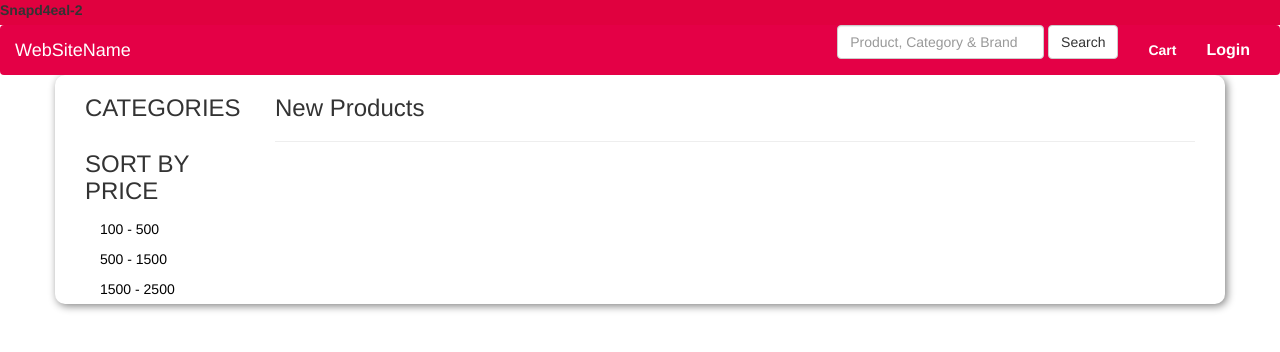
Repository: Aryans26/project
Page: http://localhost/frontend/WEB-INF/views/index.jsp
An editor plug-in stored every save of this project. The page is shown before and after the next save, followed by the edit.
The browser window is 1280 px wide. The pictures show the whole page.
Some web libraries are served in a nearby version. The page is served by Tomcat 9. Nobody is signed in. Other server files are loaded and not shown. The template is opened directly, without the code that normally fills it, so the values that code supplies are empty.

Above is the page before, as saved 2017-06-20 11:01:06.

### frontend/src/main/webapp/WEB-INF/views/index.jsp
<%@ taglib prefix="c" uri="http://www.springframework.org/tags"%>
<%@ taglib prefix="form" uri="http://www.springframework.org/tags/form"%>
<!doctype html>
<html>
<head>
<c:url value="/resource" var="res" />

<!-- <link rel="stylesheet" ref="https://maxcdn.bootstrapcdn.com/bootstrap/3.3.7/css/bootstrap.min.css"> -->
<script
	src="https://ajax.googleapis.com/ajax/libs/jquery/3.2.1/jquery.min.js"></script>
<script
	src="https://maxcdn.bootstrapcdn.com/bootstrap/3.3.7/js/bootstrap.min.js"></script>
<link rel="stylesheet" href="${res}/css/bootstrap.min.css" />
<link rel="stylesheet" href="${res}/css/style.css" />

</head>
<body>

	<%@include file="navbar.jsp"%>
	<%@include file="allproducts.jsp"%>
</body>
</html>

### frontend/src/main/webapp/WEB-INF/views/navbar.jsp
<%@ taglib prefix="c" uri="http://www.springframework.org/tags"%>
<%@ taglib prefix="form" uri="http://www.springframework.org/tags/form"%>
<%@ taglib prefix="security" uri="http://www.springframework.org/security/tags" %>
<%@ taglib prefix="c1" uri="http://java.sun.com/jsp/jstl/core"%>
<!DOCTYPE html >
<html>
<head>
<meta http-equiv="Content-Type" content="text/html; charset=ISO-8859-1">
<title>Insert title here</title>
</head>
<body>
	<div class="headder">
		<b>Snapd4eal-2</b>
	</div>

	<nav class="navbar navbar-default" style="color: white;">
		<div class="container-fluid">
			<div class="navbar-header">
				<button type="button" class="navbar-toggle" data-toggle="collapse" data-target="#myNavbar">
					<span class="icon-bar"></span> <span class="icon-bar"></span>
					<span class="icon-bar"></span>
				</button>
				<a class="navbar-brand" href="<c:url value="/"/>"
					style="color: white;">WebSiteName</a>
				<form class="navbar-form navbar-right visible-sm visible-xs">
					<div class="form-group">
						<input type="text" class="form-control"
							placeholder="Product, Category & Brand">
					</div>
					<button type="submit" class="btn btn-default">
						<i class="fa fa-search"></i>Search
					</button>

				</form>
			</div>
			<div class="collapse navbar-collapse" id="myNavbar">
			<c1:if test="${pageContext.request.userPrincipal.name!=null}">
			<security:authorize access="hasRole('ROLE_ADMIN')">
				<ul class="nav navbar-nav">
					<li style="color: white;"><a
						href="<c:url value="/category"/>">Add Category</a></li>
					<li style="color: white;"><a
						href="<c:url value="/addproduct"/>">Add Product</a></li>
					<li style="color: white;"><a
						href="<c:url value="/supplier"/>">Add Supplier</a></li>
<!-- 					<li style="color: white;"><a -->
<%-- 						href="<c:url value="/addcard"/>">Add Card</a></li> --%>

				</ul>
				</security:authorize>
				</c1:if>
				<ul class="nav navbar-nav navbar-right">
					<li><a href="<c:url value="/viewcart"/>"><i class="fa fa-shopping-cart"></i>
							Cart</a></li>

					<li class="dropdown"><a href="#" class="dropbtn"><span
							class="fa fa-sign-in"></span>
							<c1:if test="${pageContext.request.userPrincipal.name==null}"> Login </c1:if>
							 <c1:if test="${pageContext.request.userPrincipal.name!=null}">  Logout</c1:if></a>

						<div class="dropdown-content">
							<a href="#">your account</a>
							<a href="#">your orders</a>
							<c1:if test="${pageContext.request.userPrincipal.name==null}">

							<a href="<c:url value="/users"/>" class="hvr-reg-bordertop" > new user ?<br>
							<b>register</b></a>
<%-- <a href="<c:url value="/login"/>"><button type="button" class="btn btn-danger" style="width: 90%; margin: 10px;">Login</button></a> --%>
							<button type="button" class="btn btn-danger" data-toggle="modal"
								data-target="#myModal" style="width: 90%; margin: 10px;">Login</button>
								</c1:if>

								<c1:if test="${pageContext.request.userPrincipal.name!=null}">
					<a href="<c:url value="/j_spring_security_logout"/>"><button type="button" class="btn btn-danger" >Logout</button></a>
								</c1:if>
						</div></li>

				</ul>
				<form class="navbar-form navbar-right hidden-sm hidden-xs">
					<div class="form-group">
						<input type="text" class="form-control"
							placeholder="Product, Category & Brand">
					</div>
					<button type="submit" class="btn btn-default">
						<i class="fa fa-search"></i>Search
					</button>

				</form>

			</div>
		</div>
	</nav>


	<!-- Modal -->
	<div class="modal fade" id="myModal" role="dialog">
		<div class="modal-dialog modal-lg">
			<div class="modal-content">
				<div class="modal-header">
					<button type="button" class="close" data-dismiss="modal">&times;</button>
					<h4 class="modal-title">Login</h4>
				</div>
				<div class="modal-body">
				<c1:url value="/j_spring_security_check" var="a"/>
					<form role="form" method="post" action="${a} ">
						<div class="form-group">
				<label for="email">Email address:</label>
				<input type="email" class="form-control" id="email" name="j_username" placeholder="Email Id">
						</div>
						<div class="form-group">
				<label for="pwd">Password:</label>
				 <input type="password" class="form-control" id="pwd" name="j_password" placeholder="Password">
						</div>
						<div class="checkbox">
							<label><input type="checkbox"> Remember me</label>
						</div>
						<a class="cursor" data-dismiss="modal" data-toggle="modal"
							data-target="#myModal1">new User ? <b>register</b></a>
						<button type="submit" class="btn btn-success">Submit</button>
					</form>
				</div>
				<div class="modal-footer">
					<button type="button" class="btn btn-default" data-dismiss="modal">Close</button>
				</div>
			</div>
		</div>
	</div>

</body>
</html>

### frontend/src/main/webapp/WEB-INF/views/allproducts.jsp
<%@ taglib prefix="c" uri="http://www.springframework.org/tags"%>
<%@ taglib prefix="form" uri="http://www.springframework.org/tags/form"%>
<%@ taglib prefix="c1" uri="http://java.sun.com/jsp/jstl/core"%>
<%@ taglib prefix="security" uri="http://www.springframework.org/security/tags"%>
<!doctype html>
<head>
<c:url value="/resource" var="res" />

<!-- <link rel="stylesheet" ref="https://maxcdn.bootstrapcdn.com/bootstrap/3.3.7/css/bootstrap.min.css"> -->
<script
	src="https://ajax.googleapis.com/ajax/libs/jquery/3.2.1/jquery.min.js"></script>
<script
	src="https://maxcdn.bootstrapcdn.com/bootstrap/3.3.7/js/bootstrap.min.js"></script>
<link rel="stylesheet" href="${res}/css/bootstrap.min.css" />
<link rel="stylesheet" href="${res}/css/style.css" />

</head>
<body>


<div class="container box-shadow">
<div id="" class="col-md-2">

<h3>CATEGORIES</h3>
	<ul class="nav nav-list nav-left">
		<c1:forEach items="${categories}" var="cat">

      <li><a href="<c1:url value="/dispcategory/${cat.getC_id()}"/>"><span class="icon-chevron-right"></span> ${cat.getC_name()}</a></li>


         </c1:forEach>

<!-- 		<li style="border:0"> &nbsp;</li> -->
<!-- 		<li> <a class="totalInCart" href="cart.html"><strong>Total Amount  <span class="badge badge-warning pull-right" style="line-height:18px;">$448.42</span></strong></a></li> -->
	</ul>


<h3>SORT BY PRICE</h3>
	<ul class="nav nav-list nav-left">


      <li><a href="<c1:url value="/disrate/"/>"><span class="icon-chevron-right"></span>100 - 500 </a></li>
		<li><a href="<c1:url value="/disrate1/"/>"><span class="icon-chevron-right"></span>500 - 1500 </a></li>
		<li><a href="<c1:url value="/disrate2/"/>"><span class="icon-chevron-right"></span>1500 - 2500 </a></li>



<!-- 		<li style="border:0"> &nbsp;</li> -->
<!-- 		<li> <a class="totalInCart" href="cart.html"><strong>Total Amount  <span class="badge badge-warning pull-right" style="line-height:18px;">$448.42</span></strong></a></li> -->
	</ul>

</div>


	<div class="col-md-10">

<!--
New Products
-->

	<h3>New Products </h3>
	<hr class="soften"/>
		<div class="row">
			  <ul class="thumbnails">
			  <c1:forEach var="pro" items="${products}">
				<div class="col-md-3 col-sm-4">
				<div class="thumbnail">

					<a class="zoomTool" href="<c1:url value="/addtocart/${pro.getP_id()}"/>" title="add to cart"><i class="fa fa-shopping-cart"></i> Add to cart</a>
					<a href="#" class="tag"></a>
					<a href="<c1:url value="/viewpro/${pro.getP_id()}"/>" title="quick view">
					<img src="<c1:url value='/resource/images/${pro.getP_id()}.jpg'/>" alt="bootstrap-ring"></a>
					<h3>${pro.getP_name()}            &nbsp;  &nbsp;  &nbsp; ${pro.getP_c()}</h3>

				</div>
				</div>
				</c1:forEach>

			  </ul>


<!-- 		  <a class="left carousel-control" href="#newProductCar" data-slide="prev">&lsaquo;</a>Cycling of images -->
<!--             <a class="right carousel-control" href="#newProductCar" data-slide="next">&rsaquo;</a> -->
		  </div>

				</div>

</div><!-- container end -->



</body>
</html>

### frontend/src/main/webapp/resource/css/style.css
@charset "utf-8";
/* CSS Document */
.headder {
	min-height: 25px;
	background-color: #E0013F;
}

.navbar-default, .navbar-default li {
	background-color: #e40046;
	color: white;
}

.navbar-default li a {
	color: #FFF;
	font-weight: bold;
}

.navbar-nav li:hover, .navbar-nav li:focus, .navbar-nav li:active {
	background-color: #333;
}

.navbar-nav dropdown:hover {
	background-color: #333;
}

.dropbtn {
	color: white;
	padding: 16px;
	font-size: 16px;
	border: none;
	cursor: pointer;
}

.
.dropdown:hover {
	background-color: #333;
	color: white;
	padding: 16px;
	font-size: 16px;
	border: none;
	cursor: pointer;
}

.dropdown {
	position: relative;
	display: inline-block;
}

.dropdown-content {
	display: none;
	position: absolute;
	background-color: #333;
	min-width: 160px;
	right: 5px;
	box-shadow: 0px 8px 16px 0px rgba(0, 0, 0, 0.2);
	z-index: 1;
}

.dropdown-content a {
	color: black;
	font-size: 14px !important;
	font-weight: normal !important;
	text-align: center;
	padding: 12px 16px;
	text-decoration: none;
	display: block;
}

.dropdown-content a:hover {
	background-color: #000;
}

.dropdown:hover .dropdown-content {
	display: block;
}

.dropdown:hover .dropbtn {
	background-color: #333;
}

.dropdown-content .hvr-reg-bordertop {
	border-top: 1px solid #999;
	padding-top: 20px;
	margin-bottom: 0;
	padding-bottom: 0;
}

.cursor {
	cursor: pointer;
}

.form-fill{
	max-width:500px;
	box-shadow:2px 2px 8px  grey;
	padding:30px 20px;
	margin:10px auto;
	border-radius:10px;
}

.form-list-table{
	border:2px solid grey;
	box-shadow:4px 4px 8px grey;
	border-radius:10px;
}
.head3{
	color:#e40046;
	font-weight:bold;
	text-align:center;
	text-shadow:2px 2px 4px grey;
}

.items-list-head > div{
	Color:red;
	text-align:center;
	font-weight:bolder;
	font-size:20px;
}
.items-list > div{
	border-top:1px solid grey;
	line-height:40px;
	text-align:center;
	font-weight:bold;
}

.box-shadow{
	border-radius:10px;
	box-shadow:2px 2px 8px grey;
}

Loaded but not shown: frontend/src/main/webapp/resource/css/bootstrap.min.css (library)

After the next save:
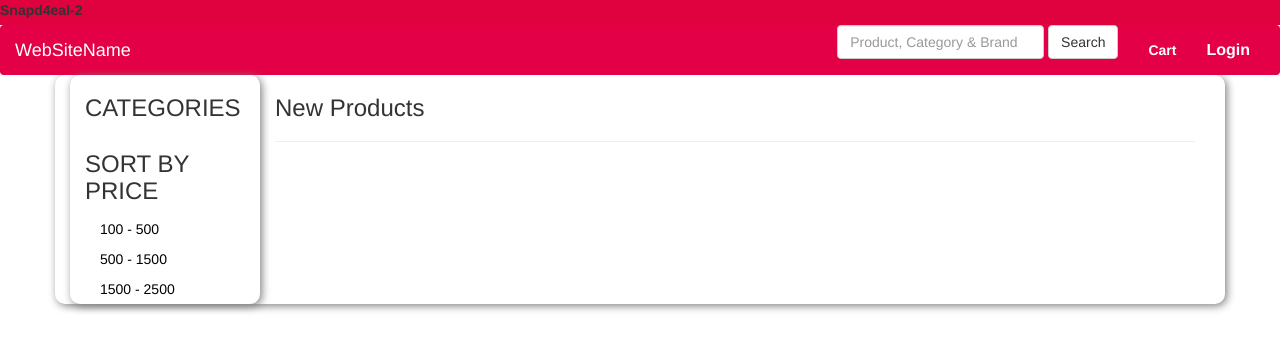
Saved 39 s later.
--- a/frontend/src/main/webapp/WEB-INF/views/allproducts.jsp
+++ b/frontend/src/main/webapp/WEB-INF/views/allproducts.jsp
@@ -19,7 +19,7 @@
 
 
 <div class="container box-shadow">
-<div id="" class="col-md-2">
+<div id="" class="col-md-2 box-shadow">
 
 <h3>CATEGORIES</h3>
 	<ul class="nav nav-list nav-left">
